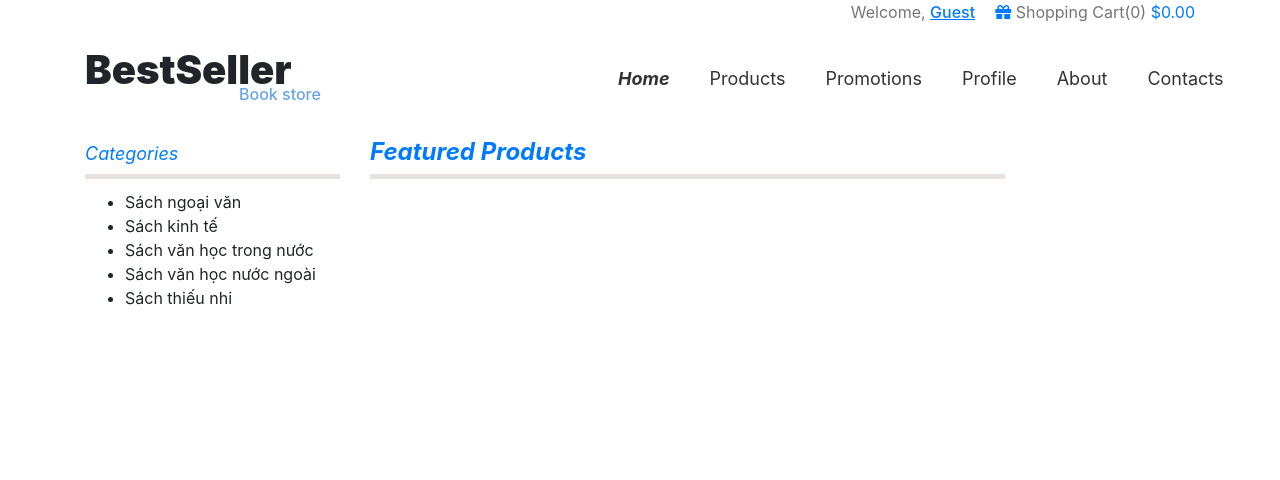
Repository: phunobi1807/BestSeller
Page: index.html
An editor plug-in stored every save of this project. The page is shown before and after the next save, followed by the edit.
The browser window is 1280 px wide. The pictures show the whole page.

Above is the page before, as saved 2021-06-28 23:08:55.

After the next save:
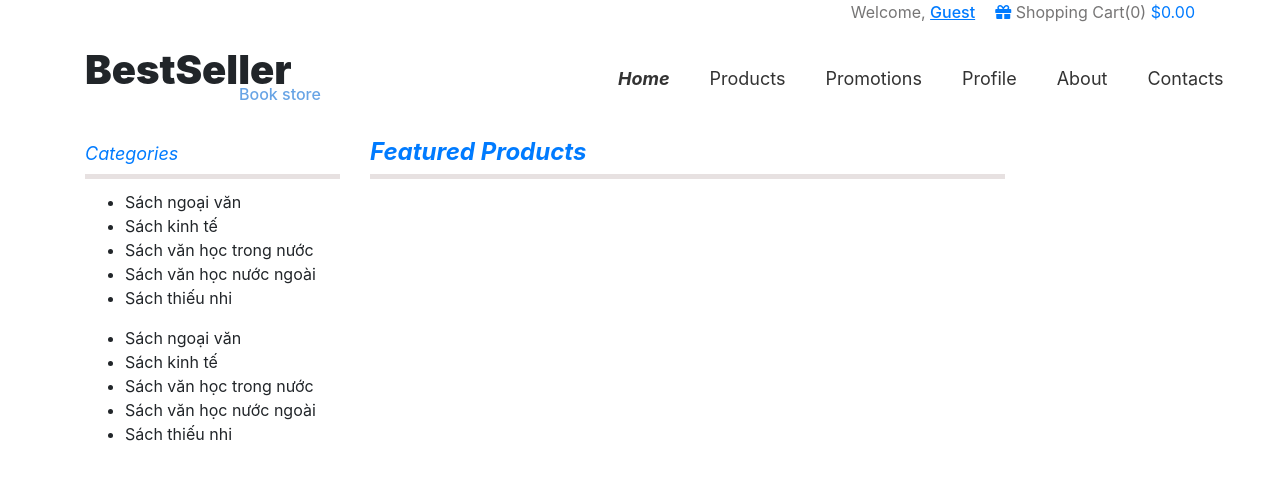
Saved 2 min 30 s later.
--- a/index.html
+++ b/index.html
@@ -51,7 +51,14 @@
                         <p class="side-bar__title">
                             Categories
                         </p>
-                        <ul class="side-bar__list">
+                        <ul class="side-bar__list side-bar__list--one">
+                            <li class="side-bar__list-item">Sách ngoại văn</li>
+                            <li class="side-bar__list-item">Sách kinh tế</li>
+                            <li class="side-bar__list-item">Sách văn học trong nước</li>
+                            <li class="side-bar__list-item">Sách văn học nước ngoài</li>
+                            <li class="side-bar__list-item">Sách thiếu nhi</li>
+                        </ul>
+                        <ul class="side-bar__list side-bar__list--two">
                             <li class="side-bar__list-item">Sách ngoại văn</li>
                             <li class="side-bar__list-item">Sách kinh tế</li>
                             <li class="side-bar__list-item">Sách văn học trong nước</li>
